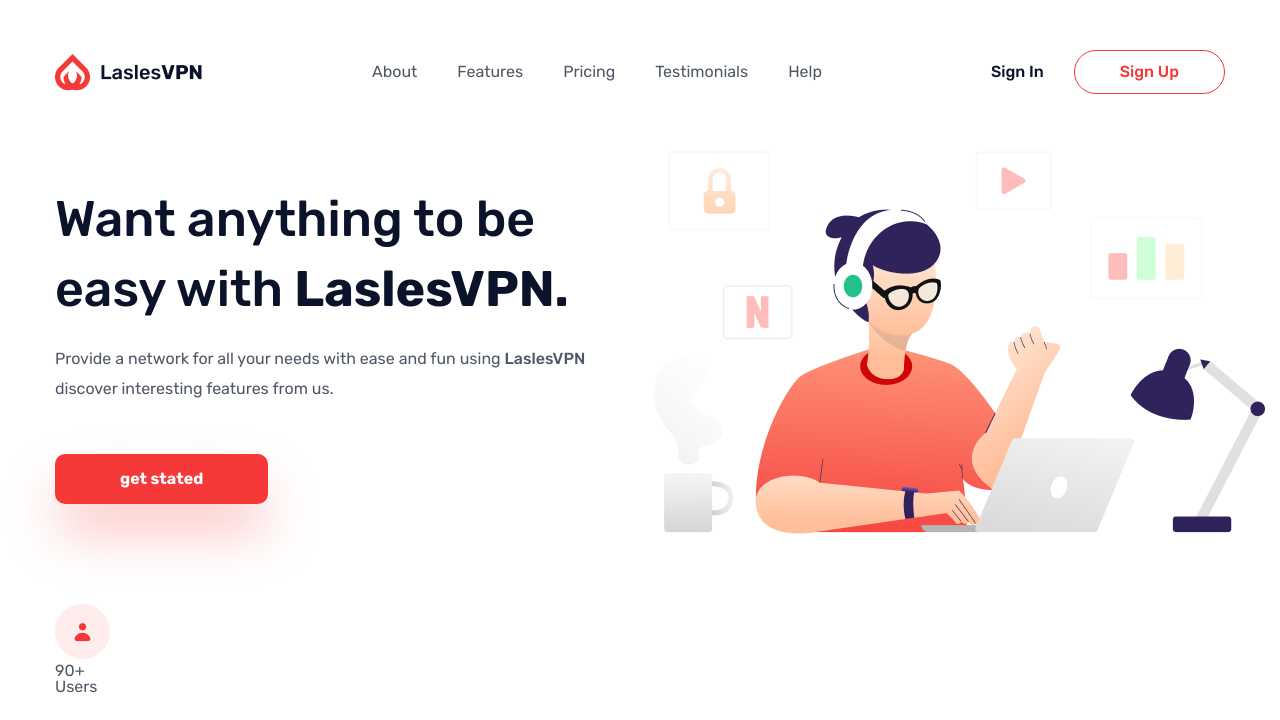
Repository: longvuht/lasles-VPN-vu
Page: index.html
The author's editor kept a copy of each file at every save. The page is drawn from the files as they stood at one save, then again after the next save.
The browser window is 1280 px wide. The pictures show the whole page.
The style sheet was rebuilt from its Sass, Less or Tailwind sources for each picture, by a compiler version that may differ from the author's.

Above is the page before, as saved 2022-09-10 17:06:30.

### index.html
<!DOCTYPE html>
<html lang="en">
  <head>
    <meta charset="UTF-8" />
    <meta name="viewport" content="width=device-width, initial-scale=1.0" />
    <title>lasles vpn vu</title>
    <link rel="preconnect" href="https://fonts.googleapis.com" />
    <link rel="preconnect" href="https://fonts.gstatic.com" crossorigin />
    <link
      href="https://fonts.googleapis.com/css2?family=Rubik:wght@400;500;700&display=swap"
      rel="stylesheet"
    />
    <link rel="stylesheet" href="./css/style.css" />
  </head>
  <body>
    <div class="wrapper">
      <header class="header">
        <div class="container">
          <div class="header-container">
            <img
              src="./img/header-logo.png"
              alt="header logo"
              class="header-logo"
            />
            <ul class="menu">
              <li class="menu-item">
                <a href="#" class="menu-link">About</a>
              </li>
              <li class="menu-item">
                <a href="#" class="menu-link">Features</a>
              </li>
              <li class="menu-item">
                <a href="#" class="menu-link">Pricing</a>
              </li>
              <li class="menu-item">
                <a href="#" class="menu-link">Testimonials</a>
              </li>
              <li class="menu-item">
                <a href="#" class="menu-link">Help</a>
              </li>
            </ul>
            <div class="header-auth">
              <a href="#none" class="header-signin">sign in</a>
              <a href="#none" class="button button--outline">sign up</a>
            </div>
          </div>
        </div>
      </header>
      <main>
        <section class="hero">
          <div class="container">
            <div class="hero-container">
              <div class="hero-content">
                <h1 class="hero-heading">
                  Want anything to be easy with <strong>LaslesVPN.</strong>
                </h1>
                <p class="hero-desc">
                  Provide a network for all your needs with ease and fun using
                  <strong>LaslesVPN</strong> discover interesting features from
                  us.
                </p>
                <a href="#" class="button button--rounded button--primary"
                  >get stated</a
                >
              </div>
              <div class="hero-image">
                <img src="./img/hero-img.png" alt="hero image" />
              </div>
            </div>
          </div>
        </section>
        <section class="intro">
          <div class="container">
            <div class="intro-container">
              <div class="intro-item">
                <div class="intro-icon">
                  <img src="./img/user.png" alt="user icon" />
                </div>
                <div class="intro-info">
                  <h3 class="intro-title">90+</h3>
                  <span class="intro-text">Users</span>
                </div>
              </div>
            </div>
          </div>
        </section>
      </main>
    </div>
  </body>
</html>

### sass/app.scss
@import "reset";
@import "variables";
@import "global";
@import "header";
@import "hero";

### sass/_variables.scss
$font: "Rubik", sans-serif;
$text-color: #4f5665;
$heading-color: #0b132a;
$primary-color: #f53838;
$grey-color: #dde0e4;

### sass/_global.scss
.wrapper {
  max-width: 1440px;
  margin: 0 auto;
}
.container {
  max-width: 1170px;
  margin: 0 auto;
  padding: 0 15px;
}

body {
  line-height: 1;
  font-family: $font;
  color: $text-color;
  font-size: 16px;
  font-weight: 400;
}

.button {
  display: inline-block;
  padding: 13px 45px;
  border-radius: 100rem;
  font-family: $font;
  line-height: 1;
  font-weight: 500;
  font-size: 16px;
  text-decoration: none;
  outline: none;
  cursor: pointer;
  &--primary {
    font-weight: 700;
    background-color: $primary-color;
    color: #fff;
  }
  &--outline {
    background-color: transparent;
    color: $primary-color;
    font-weight: 500;
    border: 1px solid;
  }
  &--rounded {
    border-radius: 10px;
    padding: 17px 65px;
    box-shadow: 0 30px 54px -5px rgba(245, 56, 56, 0.35);
  }
}

### sass/_header.scss
.header {
  padding-top: 50px;
  padding-bottom: 90px;
  &-container {
    display: flex;
    justify-content: space-between;
    align-items: center;
  }
  &-auth {
    display: flex;
    align-items: center;
    gap: 0 30px;
    text-transform: capitalize;
  }
  &-signin {
    font-weight: 500;
    color: $heading-color;
    text-decoration: none;
  }
}

.menu {
  list-style: none;
  display: flex;
  align-items: center;
  gap: 0 40px;
  &-link {
    color: inherit;
    text-decoration: none;
  }
}

### sass/_hero.scss
.hero {
  padding-bottom: 100px;
  &-container {
    display: flex;
    justify-content: space-between;
    align-items: center;
    position: relative;
  }
  &-content {
    width: 100%;
    max-width: 555px;
  }
  &-image {
    position: absolute;
    top: 50%;
    transform: translate(40px, -50%);
    right: 0;
  }

  &-heading {
    font-size: 50px;
    font-weight: 500;
    margin-bottom: 20px;
    line-height: calc(70 / 50);
    color: $heading-color;
    strong {
      font-weight: 700;
    }
  }
  &-desc {
    line-height: calc(30 / 16);
    margin-bottom: 50px;
    strong {
      font-weight: 500;
    }
  }
}

Loaded but not shown: sass/_reset.scss (common file)

After the next save:
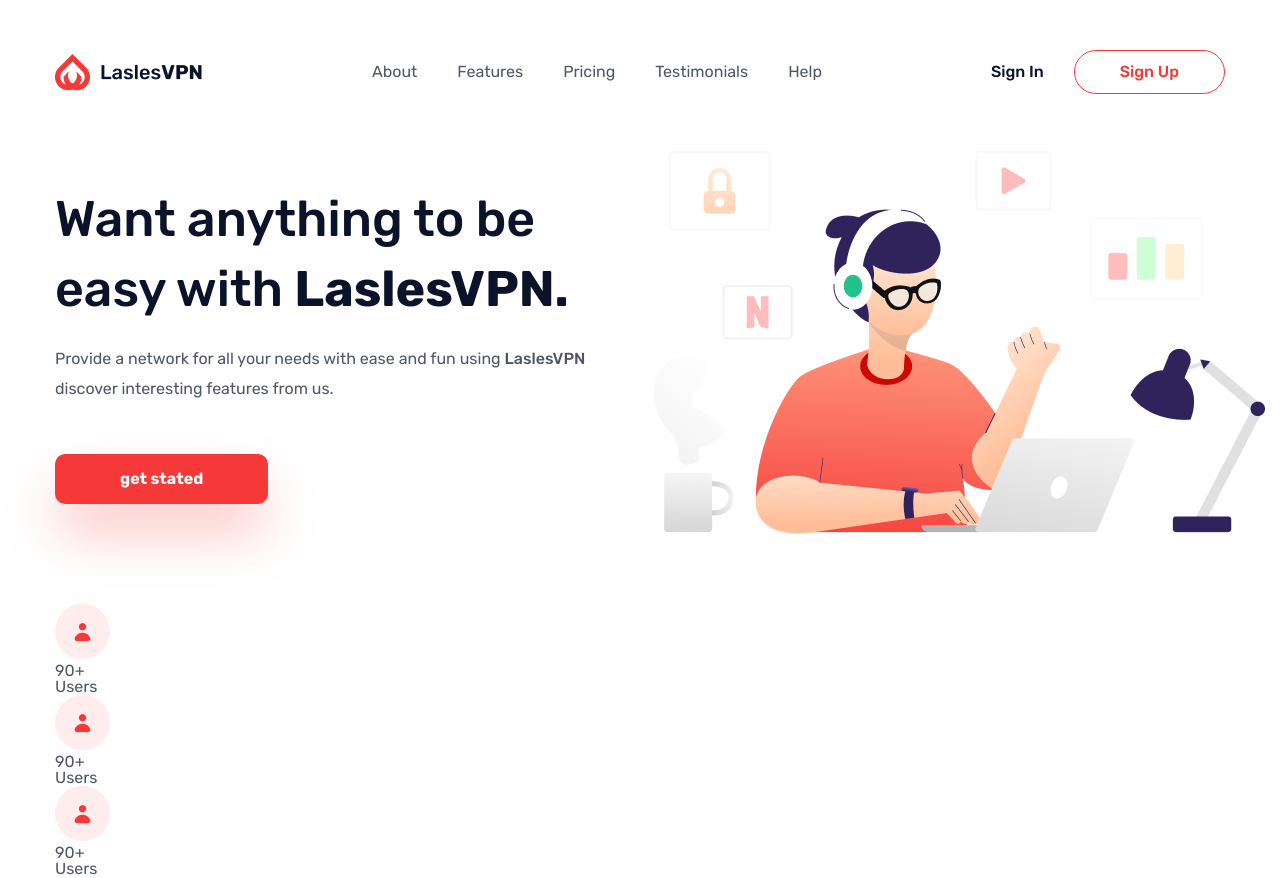
Saved 24 s later.
--- a/index.html
+++ b/index.html
@@ -81,6 +81,24 @@
                   <span class="intro-text">Users</span>
                 </div>
               </div>
+              <div class="intro-item">
+                <div class="intro-icon">
+                  <img src="./img/user.png" alt="user icon" />
+                </div>
+                <div class="intro-info">
+                  <h3 class="intro-title">90+</h3>
+                  <span class="intro-text">Users</span>
+                </div>
+              </div>
+              <div class="intro-item">
+                <div class="intro-icon">
+                  <img src="./img/user.png" alt="user icon" />
+                </div>
+                <div class="intro-info">
+                  <h3 class="intro-title">90+</h3>
+                  <span class="intro-text">Users</span>
+                </div>
+              </div>
             </div>
           </div>
         </section>
